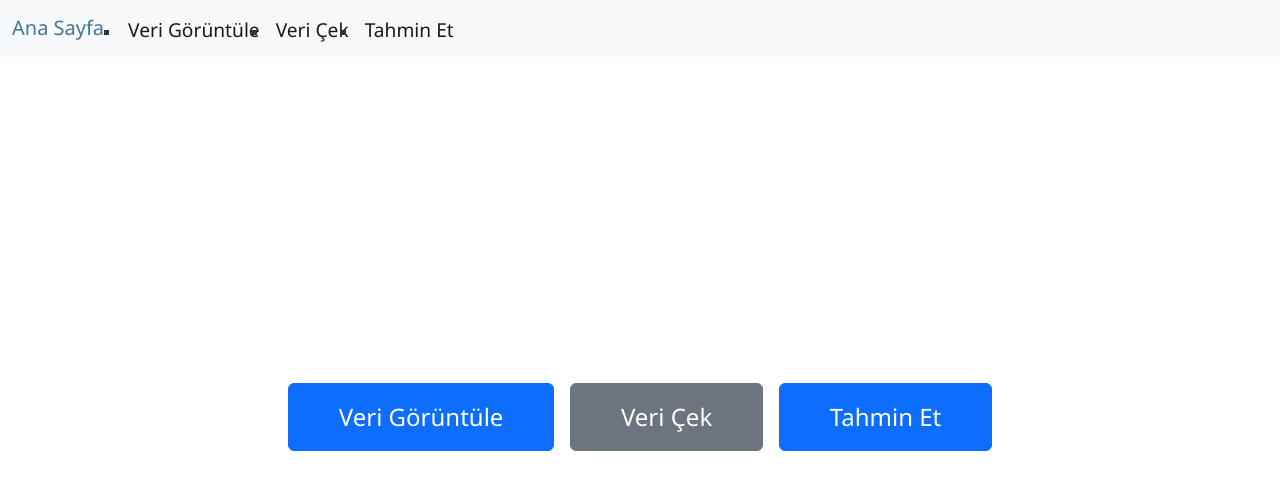
Repository: keremtanil/football_match_result_prediction
Page: http://localhost/
These files come from the project's save history. The page is drawn as it stood at one moment and after the next save; the edit follows.
The browser window is 1280 px wide. The pictures show the whole page.
The page is served by the project's application, run on Django 3.2 (blogapp/manage.py). Other server files are loaded and not shown.

Above is the page before, as saved 2025-01-06 21:06:57.

### blogapp/blog/templates/blog/index.html
{% extends "base.html" %}
{% load static %}
{% block css_files %}
    <link rel="stylesheet" href="{% static 'blog/css/style.css' %}">
{% endblock %}

{% block content %}
<div class="d-flex justify-content-center align-items-center vh-100">
    <div class="container-lg px-5">
        <div class="d-flex justify-content-center align-items-center gap-3">
            <button type="button" class="btn btn-primary btn-custom flex-fill" onclick="location.href='{% url 'collect' %}'">Veri Görüntüle</button>
            <button type="button" class="btn btn-secondary btn-custom flex-fill" onclick="location.href='{% url 'live' %}'">Veri Çek</button>
            <button type="button" class="btn btn-primary btn-custom flex-fill" onclick="location.href='{% url 'predict' %}'">Tahmin Et</button>
        </div>
    </div>
</div>
{% endblock %}

### blogapp/templates/base.html
{% load static %}
<!DOCTYPE html>
<html lang="tr">
<head>
    <meta charset="UTF-8">
    <meta http-equiv="X-UA-Compatible" content="IE=edge">
    <meta name="viewport" content="width=device-width, initial-scale=1.0">
    <link href="https://cdn.jsdelivr.net/npm/bootstrap@5.2.3/dist/css/bootstrap.min.css" rel="stylesheet" integrity="sha384-rbsA2VBKQhggwzxH7pPCaAqO46MgnOM80zW1RWuH61DGLwZJEdK2Kadq2F9CUG65" crossorigin="anonymous">
    <link rel="stylesheet" href="{% static 'css/base.css' %}">
    {% block css_files %} {% endblock %}
    <title>Document</title>
</head>
<body>
    <nav class="navbar navbar-expand-lg bg-light">
    <div class="container-fluid">
        <a class="navbar-brand large-text" href="{% url 'home' %}">Ana Sayfa</a>
        <button class="navbar-toggler" type="button" data-bs-toggle="collapse" data-bs-target="#navbarNav" aria-controls="navbarNav" aria-expanded="false" aria-label="Toggle navigation">
        <span class="navbar-toggler-icon"></span>
        </button>
        <div class="collapse navbar-collapse" id="navbarNav">
        <ul class="navbar-nav">
            <li class="nav-item">
            <a class="nav-link active" aria-current="page" href="{% url 'collect' %}" style="font-size: 1.2rem;">Veri Görüntüle</a>
            </li>
            <li class="nav-item">
            <a class="nav-link active" href="{% url 'live' %}" style="font-size: 1.2rem;">Veri Çek</a>
            </li>
            <li class="nav-item">
            <a class="nav-link active" href="{% url 'predict' %}" style="font-size: 1.2rem;">Tahmin Et</a>
            </li>
        </ul>
        <ul class="navbar-nav ms-auto">
            {% if user.is_authenticated %}
            <li class="nav-item">
            <a class="nav-link active" href="{% url 'login' %}" style="font-size: 1.2rem;">Giriş Yap</a>
            </li>
            <li class="nav-item">
                <a class="nav-link active" href="{% url 'register' %}" style="font-size: 1.2rem;">Kayıt Ol</a>
            </li>
            <li class="nav-item">
            <a class="nav-link active" href="{% url 'logout' %}" style="font-size: 1.2rem;">Çıkış Yap</a>
            </li>
            {%endif%}
        </ul>
        </div>
    </div>
    </nav>
    {% block content %}{% endblock %}
    <script src="https://cdn.jsdelivr.net/npm/bootstrap@5.2.3/dist/js/bootstrap.bundle.min.js" integrity="sha384-kenU1KFdBIe4zVF0s0G1M5b4hcpxyD9F7jL+jjXkk+Q2h455rYXK/7HAuoJl+0I4" crossorigin="anonymous"></script>
</body>
</html>

### blogapp/blog/views.py
from django.shortcuts import render
from django.http import HttpResponse
from datetime import datetime
from blog.models import tb_general
from blog.models import tb_home
from blog.models import tb_away
from .forms import DateField
import datetime
import csv
from selenium import webdriver
from selenium.webdriver.chrome.service import Service as ChromeService
from selenium.webdriver.common.by import By
from selenium.webdriver.support.wait import WebDriverWait
from selenium.webdriver.support import expected_conditions as EC
import time
import os
from django.contrib import messages
from django import forms

data ={
    "leagues":[{"league": "Super Lig",},{"league": "Premier League",},{"league": "Bundesliga",},{"league": "Serie A",},{"league": "La Liga",},{"league": "Ligue 1",},{"league": "None",}],
    "seasons": [{"season": f"{year}-{year+1}"} for year in range(datetime.datetime.now().year -2, 2016, -1)] + [{"season": "None"}],
}
data_live ={
    "leagues":[{"league": "Super Lig",},{"league": "Premier League",},{"league": "Bundesliga",},{"league": "Serie A",},{"league": "La Liga",},{"league": "Ligue 1",}],
    "seasons": [{"season": f"{year}-{year+1}"} for year in range(datetime.datetime.now().year -2, 2016, -1)],
}
league_data = {
    "Premier League": {"id": "9", "slug": "Premier-League-Scores-and-Fixtures"},
    "Ligue 1": {"id": "13", "slug": "Ligue-1-Scores-and-Fixtures"},
    "Bundesliga": {"id": "20", "slug": "Bundesliga-Scores-and-Fixtures"},
    "Serie A": {"id": "11", "slug": "Serie-A-Scores-and-Fixtures"},
    "La Liga": {"id": "12", "slug": "La-Liga-Scores-and-Fixtures"},
    "Super Lig": {"id": "26", "slug": "Super-Lig-Scores-and-Fixtures"}
}
def index(request):
    return render(request, "blog/index.html")

def collect_data(request):
    league = {"Premier League":"ENG-m","Ligue 1":"FRA-m","Bundesliga":"GER-m","Serie A":"ITA-m","La Liga":"ESP-m","Super Lig":"TUR-m","None":"None"}
    selected_league_first = request.GET.get('league', None)
    selected_league = league.get(selected_league_first, None)
    selected_season = request.GET.get('season', None)

    general = tb_general.objects.all()

    if selected_league_first and selected_league_first != "None":
        general = general.filter(league=selected_league)

    if selected_season and selected_season != "None":
        season_year = selected_season.split('-')[0]
        general = general.filter(season=season_year)

    # Önce maksimum oyuncu sayılarını bul
    max_home_players = 0
    max_away_players = 0
    for match in general:
        home_count = tb_home.objects.filter(match_ID=match.match_ID).count()
        away_count = tb_away.objects.filter(match_ID=match.match_ID).count()
        max_home_players = max(max_home_players, home_count)
        max_away_players = max(max_away_players, away_count)

    # Boş oyuncu şablonları
    empty_home_player = {
        "home_player_" + field: "-" for field in [
            "name", "shirt_number", "nation", "pos", "age", "min",
            "gls", "ast", "pk", "pkatt", "sh", "sot", "crdy", "crdr",
            "touches", "tkl", "int", "blocks", "xg", "npxg", "xag",
            "sca", "gca", "cmp", "att", "cmp_rate", "prgp", "carries",
            "prgc", "att2", "succ"
        ]
    }

    empty_away_player = {
        "away_player_" + field: "-" for field in [
            "name", "shirt_number", "nation", "pos", "age", "min",
            "gls", "ast", "pk", "pkatt", "sh", "sot", "crdy", "crdr",
            "touches", "tkl", "int", "blocks", "xg", "npxg", "xag",
            "sca", "gca", "cmp", "att", "cmp_rate", "prgp", "carries",
            "prgc", "att2", "succ"
        ]
    }

    merged_data = []
    for match in general:
        home_players = list(tb_home.objects.filter(match_ID=match.match_ID))
        away_players = list(tb_away.objects.filter(match_ID=match.match_ID))

        # Eksik oyuncular için boş kayıtlar ekle
        home_players.extend([empty_home_player.copy() for _ in range(max_home_players - len(home_players))])
        away_players.extend([empty_away_player.copy() for _ in range(max_away_players - len(away_players))])

        merged_data.append({
            "match": match,
            "home_players": home_players,
            "away_players": away_players,
        })

    context = {
        "leagues": data["leagues"],
        "seasons": data["seasons"],
        "merged_data": merged_data,
        "selected_league": selected_league_first if selected_league_first != "None" else None,
        "selected_season": selected_season if selected_season != "None" else None,
    }
    return render(request, "blog/collect_data.html", context)

def scrape_matches(selected_league, selected_season, formatted_date, match_id,request):
    driver = webdriver.Chrome()
    driver.maximize_window()
    # genel_id = match_id
    league_id = league_data[selected_league]["id"]
    league_slug = league_data[selected_league]["slug"]
    base_url = f"https://fbref.com/en/comps/{league_id}/{selected_season}/schedule/{selected_season}-{league_slug}"
    driver.get(base_url)

    column_headers = ["id", "league", "season", "wk", "day", "date", "time","home","xg1","score","xg2","away","attendance","venue","referee"]
    match_found = False
    try:
        driver.execute_script("window.scrollTo(0, document.body.scrollHeight);")
        rows = driver.find_elements(By.CSS_SELECTOR, "tr[data-row]")
        for row in rows:
            match_date_element = row.find_element(By.CSS_SELECTOR, '[data-stat="date"]')
            match_date_text = match_date_element.text.strip()
            try:
                row_date = datetime.datetime.strptime(match_date_text, "%Y-%m-%d")
            except ValueError:
                continue

            if row_date.date() == formatted_date.date():
                match_found = True
                row_data = [selected_league,selected_season]

                cells = row.find_elements(By.XPATH, ".//*[@class='right ' or @class='left ' or @class='center ' or @class='left sort_show' or @class='right sort_show' or @class='right iz']")
                for cell in cells:
                    cell_text = cell.text.strip()
                    if cell_text == "":  # Hücre boşsa
                        row_data.append("")
                    elif any(char.isdigit() for char in cell_text) and '.' in cell_text:
                        row_data.append(f'"{cell_text}"')  # Sayısal veri ise
                    else:
                        row_data.append(cell_text)  # Diğer veriler için
                if row_data:
                    row_data.pop()
                    if selected_league == "Super Lig":
                        row_data.insert(7,"")
                        row_data.insert(9,"")
                        match_data = [match_id] + row_data
                    elif selected_league == "Bundesliga" and int(selected_season.split('-')[0]) <= 2022:
                        row_data.pop(2)
                        match_data = [match_id] + row_data
                    else:
                        match_data = [match_id] + row_data
                    file_exists = os.path.isfile("data_general.csv")
                    with open("data_general.csv", mode="a", newline="", encoding="utf-8") as general_file:
                        writer = csv.writer(general_file)
                        if not file_exists:
                            writer.writerow(column_headers)
                        writer.writerow(match_data)  # Her satırı anında yaz
                    print("Genel maç verileri yazıldı.")
                    # genel_id += 1
                # Detaylar için maç linkine tıkla
            #     match_link = row.find_element(By.CSS_SELECTOR, '[data-stat="match_report"] a').get_attribute("href")
            #     driver.get(match_link)
            #     time.sleep(2)

            #     # Takım istatistiklerini al
            #     tables = driver.find_elements(By.CSS_SELECTOR, ".stats_table.sortable.now_sortable")
            #     print(f"Bulunan tablo sayısı: {len(tables)}")

            #     # Ev sahibi istatistikleri
            #     home_table = tables[0]
            #     home_rows = home_table.find_elements(By.CSS_SELECTOR, "tr[data-row]")

            #     with open("data_home.csv", mode="w", newline="", encoding="utf-8") as home_file:
            #             writer = csv.writer(home_file)
            #             for row in home_rows[:len(home_rows)-1]:  # Başlık satırını atla
            #                 cells = row.find_elements(By.CSS_SELECTOR, "td, th")
            #                 row_data = []
            #                 for cell in cells:
            #                     cell_text = cell.text.strip()
            #                     if cell_text == "":  # Hücre boşsa
            #                         row_data.append("")
            #                     elif any(char.isdigit() for char in cell_text) and '.' in cell_text:
            #                         row_data.append(f'"{cell_text}"')  # Sayısal veri ise
            #                     else:
            #                         row_data.append(cell_text)
            #                 match_data = [match_id] + row_data  # Her oyuncu için ayrı satır
            #                 writer.writerow(match_data)
            # # Deplasman istatistikleri
            #     if len(tables) >= 8:
            #             away_team_table = tables[7]
            #             away_rows = away_team_table.find_elements(By.CSS_SELECTOR, "tr[data-row]")
            #             #away_players = []
            #             with open("data_away.csv", mode="w", newline="", encoding="utf-8") as away_file:
            #                 writer = csv.writer(away_file)
            #                 for row in away_rows[:len(home_rows)-1]:
            #                     cells = row.find_elements(By.CSS_SELECTOR, "td, th")
            #                     row_data = []
            #                     for cell in cells:
            #                         cell_text = cell.text.strip()
            #                         if cell_text == "":  # Hücre boşsa
            #                             row_data.append("")
            #                         elif any(char.isdigit() for char in cell_text) and '.' in cell_text:
            #                             row_data.append(f'"{cell_text}"')  # Sayısal veri ise
            #                         else:
            #                             row_data.append(cell_text)
            #                     match_data = [match_id] + row_data  # Her oyuncu için ayrı satır
            #                     writer.writerow(match_data)

            #     elif len(tables) >= 4:
            #             away_team_table = tables[2]
            #             away_rows = away_team_table.find_elements(By.CSS_SELECTOR, "tr[data-row]")
            #             #away_players = []
            #             with open("data_away.csv", mode="w", newline="", encoding="utf-8") as away_file:
            #                 writer = csv.writer(away_file)
            #                 for row in away_rows[:len(home_rows)-1]:
            #                     cells = row.find_elements(By.CSS_SELECTOR, "td, th")
            #                     row_data = []
            #                     for cell in cells:
            #                         cell_text = cell.text.strip()
            #                         if cell_text == "":  # Hücre boşsa
            #                             row_data.append("")
            #                         elif any(char.isdigit() for char in cell_text) and '.' in cell_text:
            #                             row_data.append(f'"{cell_text}"')  # Sayısal veri ise
            #                         else:
            #                             row_data.append(cell_text)
            #                     match_data = [match_id] + row_data  # Her oyuncu için ayrı satır
            #                     writer.writerow(match_data)
            #     driver.back()
            #     driver.implicitly_wait(30)
                match_id += 1
        if not match_found:
            messages.warning(request, "Belirtilen tarihte maç oynanmamıştır.")

    except Exception as e:
        print(f"Hata oluştu: {e}")

    driver.quit()
def read_csv_to_dict(file_path):
    with open(file_path, mode='r', encoding='utf-8') as file:
        reader = csv.DictReader(file)
        return [row for row in reader]
def clear_csv_file(file_name):
    try:
        with open(file_name, mode="r", encoding="utf-8") as file:
            lines = file.readlines()  # Dosyadaki tüm satırları oku

        if lines:
            with open(file_name, mode="w", newline="", encoding="utf-8") as file:
                file.write(lines[0])  # İlk satırı yaz
                # Diğer satırları atla, yalnızca ilk satır kalır
        else:
            print("Dosya boş, işlem yapılmadı.")
    except FileNotFoundError:
        print(f"{file_name} dosyası bulunamadı.")
    except Exception as e:
        print(f"Hata oluştu: {e}")
# def merge_data(matches, home_players, away_players):
#     merged_data = []
#     for match in matches:
#         match_id = match['id']  # CSV'de eşleşme için ortak bir ID kullan
#         match_data = {
#             'match': match,
#             'home_players': [player for player in home_players if player['match_id'] == match_id],
#             'away_players': [player for player in away_players if player['match_id'] == match_id]
#         }
#         merged_data.append(match_data)
#     return merged_data
def live_collect_data(request):
    form = DateField(request.GET)

    # Sadece form submit edildiğinde işlem yap
    if request.GET:
        selected_date = None
        selected_league = request.GET.get('league', '')
        selected_season = request.GET.get('season', '')

        if form.is_valid():
            selected_date = form.cleaned_data.get('match_date')

            try:
                formatted_date = datetime.datetime.strptime(str(selected_date), "%Y-%m-%d")

                # Veri çekme ve işleme işlemleri
                scrape_matches(selected_league, selected_season, formatted_date, 1, request)
                matches = read_csv_to_dict('data_general.csv')

                merged_data = []
                for match in matches:
                    match_data = {'match': match}
                    merged_data.append(match_data)

                clear_csv_file("data_general.csv")

                context = {
                    "leagues": data_live["leagues"],
                    "seasons": data_live["seasons"],
                    "form": form,
                    "selected_league": selected_league,
                    "selected_season": selected_season,
                    "merged_data": merged_data,
                }

                return render(request, "blog/live_collect_data.html", context)

            except ValueError:
                pass  # Tarih format hatası - JavaScript zaten kontrol ediyor

    # İlk sayfa yüklemesi veya hatalı form durumu
    context = {
        "leagues": data_live["leagues"],
        "seasons": data_live["seasons"],
        "form": form,
    }

    return render(request, "blog/live_collect_data.html", context)
def predict(request):
    return render(request, "blog/predict.html")

### blogapp/blogapp/urls.py
"""blogapp URL Configuration

The `urlpatterns` list routes URLs to views. For more information please see:
    https://docs.djangoproject.com/en/3.2/topics/http/urls/
Examples:
Function views
    1. Add an import:  from my_app import views
    2. Add a URL to urlpatterns:  path('', views.home, name='home')
Class-based views
    1. Add an import:  from other_app.views import Home
    2. Add a URL to urlpatterns:  path('', Home.as_view(), name='home')
Including another URLconf
    1. Import the include() function: from django.urls import include, path
    2. Add a URL to urlpatterns:  path('blog/', include('blog.urls'))
"""
from django.contrib import admin
from django.urls import path, include

urlpatterns = [
    path('admin/', admin.site.urls),
    path('', include('blog.urls')),
    path('account/', include('account.urls'))
]

### blogapp/blog/urls.py
from django.urls import path
from . import views
urlpatterns = [
    path("", views.index, name="home"),
    path("index", views.index),
    path("collect_data", views.collect_data, name="collect"),
    path("predict", views.predict, name="predict"),
    path("live_collect_data/", views.live_collect_data, name="live"),
]

### blogapp/account/urls.py
from django.urls import path
from . import views

urlpatterns = [
    path("login", views.login_page , name="login"),
    path("register", views.register_page , name="register"),
    path("logout", views.logout_page , name="logout"),
]

### blogapp/blog/static/blog/css/style.css
html, body {
    margin: 0 ; /* Varsayılan marjinleri devre dışı bırak */
    padding: 0 ;
    height: 100% ; /* Tam yüksekliği zorunlu kıl */
    overflow: hidden; /* Kaydırmayı engelle */
}
.vh-100 {
height: 100vh; /* Tam görünüm alanı yüksekliği */
}
.btn-custom {
  font-size: 1.5rem;  /* Font boyutunu artırır */
  padding: 15px 30px; /* Butonun içindeki boşlukları artırır */
  text-align: center; /* Buton içeriğini ortalar */
  white-space: nowrap; /* Buton metninin taşmasını engeller */
}
.btn-custom2:hover{
  background-color: #218838;
}
.container-lg {
  max-width: 800px; /* Konteynerin maksimum genişliği */
  margin: 0 auto; /* Ortalanır */
}
.dropdown-menu {
  max-height: 300px; /* Maksimum yüksekliği belirleyin */
  overflow-y: auto;  /* Dikey kaydırmayı aktif hale getirin */
}
/* Takvim alanını iyileştirme */
input[type="date"].form-control {
  background-color: #f8f9fa; /* Hafif gri arka plan */
  border-color: #007bff; /* Kenarlık rengi mavi */
  color: #000; /* Yazı rengi siyah */
  text-align: center;
  height: calc(2.5rem + 2px); /* Diğer butonlarla eşitlemek için */
  width: 100%; /* Tam genişlik için */
  border-radius: 0.25rem; /* Hafif yuvarlatılmış kenarlar */
}

/* Focus efekti */
input[type="date"].form-control:focus {
  outline: none;
  box-shadow: 0 0 5px #007bff; /* Hover efekti */
  border-color: #0056b3; /* Daha koyu mavi */
}
.form-container {
  max-width: 900px;
  margin: 30px auto;
  padding: 20px;
  border: 1px solid #ddd;
  border-radius: 10px;
  background-color: #f9f9f9;
}
.form-row {
  display: flex;
  flex-wrap: wrap;
  gap: 15px;
  justify-content: space-between;
}
.form-group {
  flex: 1 1 calc(48% - 10px);
  display: flex;
  flex-direction: column;
}
.form-group input {
  height: 40px;
  font-size: 14px;
}
.submit-btn {
  width: 100%;
  background-color: #198754;
  color: white;
  height: 50px;
  font-size: 16px;
  border: none;
  border-radius: 5px;
  margin-top: 20px;
}
.submit-btn:hover {
  background-color: #218838;
}
.message-container {
  display: flex;
  justify-content: center;
  align-items: center;
  margin-top: 20px;
}

.alert-container {
  width: 80%;
  max-width: 600px;
}

.alert {
  background-color: #f8f9fa;
  border: 1px solid #ced4da;
  border-radius: 8px;
  padding: 15px;
  font-size: 16px;
  box-shadow: 0px 4px 6px rgba(0, 0, 0, 0.1);
}

.alert .alert-text {
  color: #212529;
  font-family: 'Arial', sans-serif;
}

.btn-close {
  color: #6c757d;
}
.alert-warning {
  background-color: #fff3cd;
  border-color: #ffecb5;
  color: #664d03;
  padding: 8px 12px;
  font-size: 13px;
  border-radius: 4px;
  box-shadow: 0 2px 4px rgba(0,0,0,0.1);
  margin-top: 5px;
  display: none;
  position: absolute;
  width: 100%;
  z-index: 1000;
}

.dropdown {
  position: relative;
  margin-bottom: 10px;
}

/* İkon stili */
.alert-warning i {
  margin-right: 5px;
  color: #856404;
}

Loaded but not shown: blogapp/staticfiles/admin/css/base.css (common file)

After the next save:
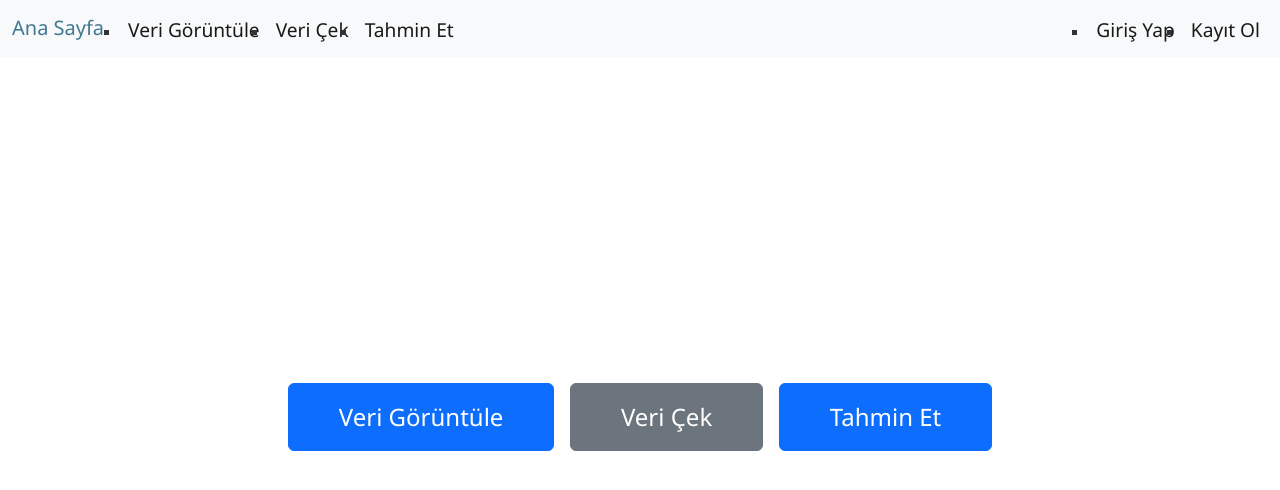
Saved 3 min 31 s later.
--- a/blogapp/templates/base.html
+++ b/blogapp/templates/base.html
@@ -31,15 +31,19 @@
         </ul>
         <ul class="navbar-nav ms-auto">
             {% if user.is_authenticated %}
-            <li class="nav-item">
-            <a class="nav-link active" href="{% url 'login' %}" style="font-size: 1.2rem;">Giriş Yap</a>
-            </li>
-            <li class="nav-item">
-                <a class="nav-link active" href="{% url 'register' %}" style="font-size: 1.2rem;">Kayıt Ol</a>
-            </li>
-            <li class="nav-item">
-            <a class="nav-link active" href="{% url 'logout' %}" style="font-size: 1.2rem;">Çıkış Yap</a>
-            </li>
+                <li class="nav-item">
+                    <a class="nav-link active" href="{% url 'logout' %}" style="font-size: 1.2rem;">Çıkış Yap</a>
+                </li>
+                <li class="nav-item">
+                    <a class="nav-link active" href="" style="font-size: 1.2rem;">Welcome, {{user.username}}</a>
+                </li>
+            {% else %}
+                <li class="nav-item">
+                    <a class="nav-link active" href="{% url 'login' %}" style="font-size: 1.2rem;">Giriş Yap</a>
+                </li>
+                <li class="nav-item">
+                    <a class="nav-link active" href="{% url 'register' %}" style="font-size: 1.2rem;">Kayıt Ol</a>
+                </li>
             {%endif%}
         </ul>
         </div>
